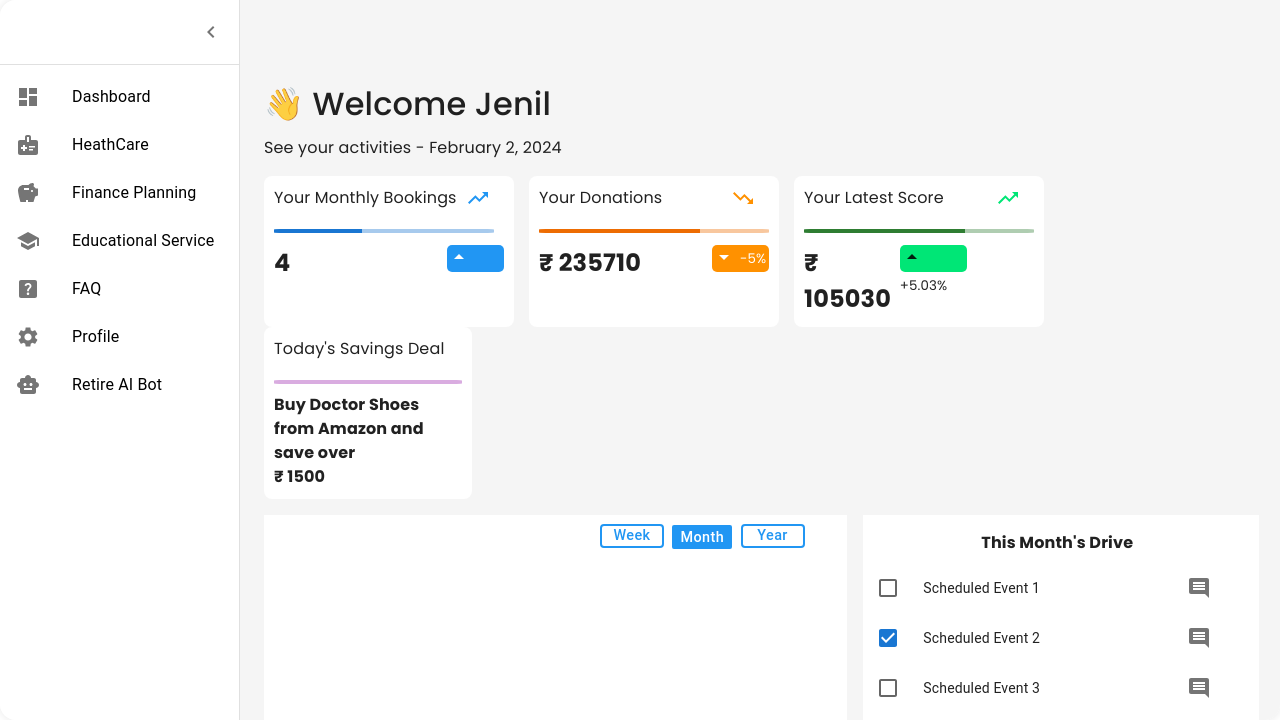
Repository: shubhampirate/Google_Solutions_Edural
Page: /dashboard
An editor plug-in stored every save of this project. The page is shown before and after the next save, followed by the edit.
The browser window is 1280 px wide. The pictures show the whole page.
The page's requests for data from a server got no answer. The project was rebuilt for these pictures with package versions that can differ from the ones it lists, and the page was loaded fresh each time. Some packages were replaced by stand-ins written for this rebuild. No one was signed in, and anything a server would have sent is missing. Also part of the build but not shown: src/Components/CustomButton.jsx, src/Components/Navbar.jsx, src/Components/Footer.jsx, src/Components/CongratsCard.jsx, src/pages/Hero/Hero.jsx, src/pages/Sign_in.jsx.

Above is the page before, as saved 2024-02-03 17:33:40.

### src/index.js
import React from "react";
import ReactDOM from "react-dom/client";
import "./index.css";
import { GoogleOAuthProvider } from '@react-oauth/google';
import App from "./App";
import { BrowserRouter } from "react-router-dom";
const root = ReactDOM.createRoot(
    document.getElementById("root"));
root.render(
    <BrowserRouter>
<GoogleOAuthProvider clientId="730379698185-cv7a59sok9sod43v04ee6g6pt4gtaea2.apps.googleusercontent.com">
        {/* <React.StrictMode> */}
            <App />
        {/* </React.StrictMode> */}
    </GoogleOAuthProvider>
    </BrowserRouter>

);

### src/App.jsx
import Hero from "./pages/Hero/Hero";
import Dashboard from "./pages/Dashboard/Dashboard";
import SignIn from "./pages/Sign_in";
import {useState} from "react";
import { Route, Routes } from "react-router-dom";
function App() {
  return (
    <>
      {/* <Hero />   */}
      {/* <SignIn /> */}
      <Routes>
        <Route path="/signin" element={<><SignIn /></>} />
        <Route path="/dashboard" element={<><Dashboard /></>} />
        {/* <Route path="/education" element={<><Education /></>} /> */}
        {/* <Route path="/health" element={<><Health /></>} /> */}
        {/* <Route path="/profile" element={<><Profile /></>} /> */}
        {/* <Route path="/finance" element={<><Finance /></>} /> */}
        {/* <Route path="/questions" element={<><Questions /></>} /> */}
        {/* <Route path="/retireaibot" element={<><Bot /></>} /> */}
        <Route path="/" element={<><Hero /></>} />
      </Routes>
         </>
  );
}

export default App;

### src/pages/Dashboard/Dashboard.jsx
import * as React from 'react';
import { styled, createTheme, ThemeProvider } from '@mui/material/styles';
import CssBaseline from '@mui/material/CssBaseline';
import MuiDrawer from '@mui/material/Drawer';
import Box from '@mui/material/Box';
import MuiAppBar from '@mui/material/AppBar';
import Toolbar from '@mui/material/Toolbar';
import {
  LinearProgress, ListItem, CircularProgress, Checkbox, ListItemText, Dialog, DialogActions, DialogContent,
  DialogContentText, DialogTitle, ListItemIcon, ListItemButton
} from '@mui/material';
import TrendingUpIcon from '@mui/icons-material/TrendingUp';
// import { PieChart } from '@mui/x-charts/PieChart';
// import { useDrawingArea } from '@mui/x-charts/hooks';
import TrendingDownIcon from '@mui/icons-material/TrendingDown';
import List from '@mui/material/List';
import Divider from '@mui/material/Divider';
import IconButton from '@mui/material/IconButton';
import ArrowDropUpIcon from '@mui/icons-material/ArrowDropUp';
import ArrowDropDownIcon from '@mui/icons-material/ArrowDropDown';
import Grid from '@mui/material/Grid';
import MenuIcon from '@mui/icons-material/Menu';
import ChevronLeftIcon from '@mui/icons-material/ChevronLeft';
import { mainListItems } from '../../Components/listItems';
import axios from 'axios';
import Button from '@mui/material/Button';
import CommentIcon from '@mui/icons-material/Comment';
import Swal from 'sweetalert2';
import { useState } from 'react';
import { useEffect } from 'react';
// import { Bar } from "react-chartjs-2";
// import { BarElement, CategoryScale, Chart as ChartJS, Legend, LinearScale, Title, Tooltip } from "chart.js";
// import GoogleTranslateComponent from '../../Components/GoogleTranslateComponent';
// import csacc from "../../media/csacc.png"
// import creditscoremodel from "../../media/creditscoremodel.png"
// import creditflow from "../../media/creditflowchart.png"
// ChartJS.register(CategoryScale, LinearScale, BarElement, Title, Tooltip, Legend);

const drawerWidth = 240;

const AppBar = styled(MuiAppBar, {
  shouldForwardProp: (prop) => prop !== 'open',
})(({ theme, open }) => ({
  zIndex: theme.zIndex.drawer + 1,
  transition: theme.transitions.create(['width', 'margin'], {
    easing: theme.transitions.easing.sharp,
    duration: theme.transitions.duration.leavingScreen,
  }),
  ...(open && {
    marginLeft: drawerWidth,
    width: `calc(100% - ${drawerWidth}px)`,
    transition: theme.transitions.create(['width', 'margin'], {
      easing: theme.transitions.easing.sharp,
      duration: theme.transitions.duration.enteringScreen,
    }),
  }),
}));

const Drawer = styled(MuiDrawer, { shouldForwardProp: (prop) => prop !== 'open' })(
  ({ theme, open }) => ({
    '& .MuiDrawer-paper': {
      position: 'relative',
      whiteSpace: 'nowrap',
      width: drawerWidth,
      transition: theme.transitions.create('width', {
        easing: theme.transitions.easing.sharp,
        duration: theme.transitions.duration.enteringScreen,
      }),
      boxSizing: 'border-box',
      ...(!open && {
        overflowX: 'hidden',
        transition: theme.transitions.create('width', {
          easing: theme.transitions.easing.sharp,
          duration: theme.transitions.duration.leavingScreen,
        }),
        width: theme.spacing(7),
        [theme.breakpoints.up('sm')]: {
          width: theme.spacing(9),
        },
      }),
    },
  }),
);

var currentDate = new Date();

var months = [
  "January", "February", "March", "April", "May", "June",
  "July", "August", "September", "October", "November", "December"
];

var formattedDate = months[currentDate.getMonth()] + " " + currentDate.getDate() + ", " + currentDate.getFullYear();

const defaultTheme = createTheme();

export default function Dashboard() {
  const [open, setOpen] = React.useState(true);
  const toggleDrawer = () => {
    setOpen(!open);
  };

  const [expensedata, setExpensedata] = useState([])

  useEffect(() => {
    loadList();
  }, []);


  const loadList = async () => {
    const result = await axios.get(`https://wixstocle.pythonanywhere.com/api/expense/`, {
      headers: { "Authorization": `Token 11c868750d92deda81638c5a9a59177bdc7ae41a` },
    });
    console.log(result.data.data);
    setExpensedata(result.data.data);
  }

  const getLabels = () => expensedata.slice(-5).map(data => data.date);

  const getData = (key) => expensedata.slice(-5).map(data => data[key]);

  const optionsexpense = {
    indexAxis: 'x',
    elements: {
      bar: {
        borderWidth: 0,
      },
    },
    responsive: true,
    interaction: {
      mode: 'index',
      intersect: false,
    },
    scales: {
      x: {
        stacked: false,
      },
      y: {
        stacked: false,
      },
    },
    plugins: {
      legend: {
        position: 'top',
      }
    },
  };

  const dataexpense = {
    labels: getLabels(),
    datasets: [
      {
        label: 'Revenue',
        data: getData('income'),
        backgroundColor: '#2196f3',
      },
      {
        label: 'Spendings',
        data: getData('expense'),
        backgroundColor: '#ff9100',
      },
      {
        label: 'Savings',
        data: getData('savings'),
        backgroundColor: '#00e676',
      },
    ],
  };

  const today = new Date();
  const year = today.getFullYear();
  const month = String(today.getMonth() + 1).padStart(2, '0'); // Months are zero-based
  const day = String(today.getDate()).padStart(2, '0');

  const todayDate = `${year}-${month}-${day}`;

  const [userData, setUserData] = React.useState({
    income: '',
    savings: '',
    expense: '',
    date: todayDate,
    user: "tony@gmail.com"
  });

  const handleChangePlan = (field, value) => {
    setUserData((prevData) => ({ ...prevData, [field]: value }));
  };
  const creditscore = 87.4;

  const handlePostData = () => {
    console.log(userData);
    fetch(`https://wixstocle.pythonanywhere.com/api/expense/`, {
      method: 'POST',
      headers: {
        "Authorization": `Token 11c868750d92deda81638c5a9a59177bdc7ae41a`,
        'Content-Type': 'application/json',
      },
      body: JSON.stringify(userData),
    })
      .then((response) => response.json())
      .then((data) => {
        // console.log(data);
        if (data.status == true) {
          Swal.fire({
            icon: 'success',
            title: 'Successfully Saved the details',
            showConfirmButton: false,
            timer: 3000
          })
          setExpensedata([...expensedata, userData]);
        }
        else {
          Swal.fire({
            icon: 'error',
            title: data.message,
            showConfirmButton: false,
            timer: 3000
          })
        }
      });
  };


//   function PieCenterLabel({ children }) {
//     const { width, height, left, top } = useDrawingArea();
//     return (
//       <StyledText x={left + width / 2} y={top + height / 2}>
//         {children}
//       </StyledText>
//     );
//   }

  const [checked, setChecked] = React.useState([1]);

  const handleToggle = (value) => () => {
    const currentIndex = checked.indexOf(value);
    const newChecked = [...checked];

    if (currentIndex === -1) {
      newChecked.push(value);
    } else {
      newChecked.splice(currentIndex, 1);
    }

    setChecked(newChecked);
  };

//   const [openDia, setOpenDia] = useState(false);
//   const handleClickOpenDia = () => { setOpenDia(true); };
//   const handleCloseDia = () => { setOpenDia(false); };


  return (
    <ThemeProvider theme={defaultTheme}>
      <Box sx={{ display: 'flex', borderRadius: '16px', overflow: 'hidden', boxShadow: '0px 0px 10px rgba(0, 0, 0, 0.1)' }} >
        <CssBaseline />
        <AppBar position="absolute" open={open} sx={{ backgroundColor: "whitesmoke", boxShadow: 'none' }}>
          <Toolbar
            sx={{
              pr: '24px', // keep right padding when drawer closed
              display: 'flex',
              alignItems: 'center',
              justifyContent: 'space-between',
            }}>
            <Box sx={{ display: 'flex', alignItems: 'center' }}>
              <IconButton
                edge="start"
                aria-label="open drawer"
                onClick={toggleDrawer}
                sx={{
                  marginRight: '36px',
                  ...(open && { display: 'none' }),
                  backgroundColor: "#fff"
                }}>
                <MenuIcon />
              </IconButton>
            </Box>
          </Toolbar>
        </AppBar>
        <Drawer variant="permanent" open={open}>
          <Toolbar
            sx={{
              display: 'flex',
              alignItems: 'center',
              justifyContent: 'flex-end',
              px: [1],
            }}
          >
            {/* <GoogleTranslateComponent /> */}
            <IconButton onClick={toggleDrawer}>
              <ChevronLeftIcon />
            </IconButton>
          </Toolbar>
          <Divider />
          <List component="nav">
            {mainListItems}
          </List>
        </Drawer>
        <Box
          component="main"
          sx={{
            backgroundColor: (theme) =>
              theme.palette.mode === 'light'
                ? theme.palette.grey[100]
                : theme.palette.grey[900],
            flexGrow: 1,
            height: '100vh',
            overflow: 'auto',
          }}>
          <Toolbar />
          <Grid container spacing={2} marginTop="0.02rem" paddingLeft={3} paddingRight={2}>
            <Grid item xs={12}>
              <div style={{ fontSize: "2rem", fontWeight: "500" }}>👋 Welcome Jenil</div>
            </Grid>
            <Grid item xs={12} marginTop="-0.5rem">
              <div>See your activities - {formattedDate} </div>
            </Grid>
          </Grid>
          <Grid container spacing={2} marginTop="1rem" paddingLeft={5} paddingRight={2}>
            <Grid item xs={12} md={3} style={{ backgroundColor: "white", padding: "10px", marginRight: "15px", borderRadius: "0.5rem" }}>
              <Grid item xs={12}>
                <Grid container>
                  <Grid item xs={10}><div>Your Monthly Bookings</div></Grid>
                  <Grid item xs={2}><TrendingUpIcon sx={{ color: "#2196f3" }} /></Grid>
                </Grid>
                <Grid item xs={12}>
                  <LinearProgress variant="determinate" value={40} sx={{ color: "#2196f3", borderRadius: "10%", margin: "12px 10px 12px 0px" }} />
                </Grid>
                <Grid item xs={12}>
                  <Grid container>
                    <Grid item xs={9}>
                       <div style={{ fontSize: "1.5rem", fontWeight: "550" }}> 4</div>
                    </Grid>
                    <Grid item xs={3} style={{ backgroundColor: "#2196f3", color: "white", borderRadius: "5px", height: "1.65rem" }}>
                      <ArrowDropUpIcon /> <sup>+10%</sup>
                    </Grid>
                  </Grid>
                </Grid>
              </Grid>
            </Grid>
            <Grid item xs={12} md={3} style={{ backgroundColor: "white", padding: "10px", marginRight: "15px", borderRadius: "0.5rem" }}>
              <Grid item xs={12}>
                <Grid container>
                  <Grid item xs={10}><div>Your Donations</div></Grid>
                  <Grid item xs={2}><TrendingDownIcon sx={{ color: "#ff9100" }} /></Grid>
                </Grid>
                <Grid item xs={12}>
                  <LinearProgress variant="determinate" value={70} color='warning' sx={{ borderRadius: "10%", margin: "12px 0px" }} />
                </Grid>
                <Grid item xs={12}>
                  <Grid container>
                    <Grid item xs={9}>
                   <div style={{ fontSize: "1.5rem", fontWeight: "550" }}>₹ 235710</div>
                    </Grid>
                    <Grid item xs={3} style={{ backgroundColor: "#ff9100", color: "white", borderRadius: "5px", height: "1.65rem" }}>
                      <ArrowDropDownIcon /> <sup>-5%</sup>
                    </Grid>
                  </Grid>
                </Grid>
              </Grid>
            </Grid>
            <Grid item xs={12} md={3} style={{ backgroundColor: "white", padding: "10px", marginRight: "15px", borderRadius: "0.5rem" }}>
              <Grid item xs={12}>
                <Grid container>
                  <Grid item xs={10}><div>Your Latest Score</div></Grid>
                  <Grid item xs={2}><TrendingUpIcon sx={{ color: "#00e676" }} /></Grid>
                </Grid>
                <Grid item xs={12}>
                  <LinearProgress variant="determinate" value={70} color="success" style={{ borderRadius: "10%", margin: "12px 0px" }} />
                </Grid>
                <Grid item xs={12}>
                  <Grid container>
                    <Grid item xs={5}>
                      {!loadList ? <><div style={{ fontSize: "1.5rem", fontWeight: "550" }}>
                        ₹ {expensedata[0].income + expensedata[1].income + expensedata[2].income + expensedata[3].income + expensedata[4].income + expensedata[5].income}</div>
                      </> : <div style={{ fontSize: "1.5rem", fontWeight: "550" }}>₹ 105030</div>}
                    </Grid>
                    <Grid item xs={3.5} style={{ backgroundColor: "#00e676", borderRadius: "5px", height: "1.65rem" }}>
                      <ArrowDropUpIcon /> <sup>+5.03%</sup>
                    </Grid>
                  </Grid>
                </Grid>
              </Grid>
            </Grid>
            <Grid item xs={12} md={2.5} style={{ backgroundColor: "white", padding: "10px", borderRadius: "0.5rem" }}>
              <Grid container spacing={2}>
                <Grid item xs={12}>Today's Savings Deal</Grid>
                <Grid item xs={12}>
                  <LinearProgress variant="determinate" value={0} color='secondary' sx={{ borderRadius: "10%", margin: "3px 0px" }} />
                </Grid>
                <Grid item xs={12} sx={{ fontWeight: "550", marginTop: "-10px" }}>Buy Doctor Shoes from Amazon and save over <br />₹ 1500</Grid>
              </Grid>
            </Grid>
          </Grid>
          <Grid container spacing={2} marginTop="1rem" paddingLeft={5} paddingRight={2} marginBottom={2}>
            <Grid item xs={7} sx={{ backgroundColor: "white", padding: "5px", marginRight: "1rem" }}>
              <Grid container spacing={2} padding={1}>
                <Grid xs={7}></Grid>
                <Grid xs={1.5}><Button style={{
                  borderColor: "#2196f3", color: "#2196f3", height: "1.5rem", textTransform: "capitalize",
                  fontSize: "0.9rem", border: "2px solid", textAlign: "left"
                }}>Week</Button></Grid>
                <Grid xs={1.5}><Button style={{
                  backgroundColor: "#2196f3", color: "white", height: "1.75rem", textTransform: "capitalize",
                  fontSize: "0.9rem", border: "2px solid", textAlign: "left"
                }}>Month</Button></Grid>
                <Grid xs={1}><Button style={{
                  borderColor: "#2196f3", color: "#2196f3", height: "1.5rem", textTransform: "capitalize",
                  fontSize: "0.9rem", border: "2px solid", textAlign: "left"
                }}>Year</Button></Grid>
                <Grid xs={12} marginTop={2}>
                  {/* <Bar options={optionsexpense} data={dataexpense} /> */}
                </Grid>
              </Grid>
            </Grid>
            <Grid item xs={4.75} >
              <Grid container spacing={2} >

                <Grid item xs={12}>
                  <Grid container spacing={2} sx={{ backgroundColor: "white", marginBottom: "0.5rem" }}>
                    <Grid item xs={12} style={{ textAlign: "center", marginLeft: "-0.75rem", fontWeight: "600" }}>This Month's Drive</Grid>
                    <List sx={{ width: '100%', maxWidth: 360, bgcolor: 'background.paper' }}>
                      {[0, 1, 2].map((value) => {
                        const labelId = `checkbox-list-label-${value}`;
                        return (
                          <ListItem
                            key={value}
                            secondaryAction={
                              <IconButton edge="end" aria-label="comments">
                                <CommentIcon />
                              </IconButton>
                            }
                            disablePadding
                          >
                            <ListItemButton role={undefined} onClick={handleToggle(value)} dense>
                              <ListItemIcon>
                                <Checkbox
                                  edge="start"
                                  checked={checked.indexOf(value) !== -1}
                                  tabIndex={-1}
                                  disableRipple
                                  inputProps={{ 'aria-labelledby': labelId }}
                                />
                              </ListItemIcon>
                              <ListItemText id={labelId} style={{ marginLeft: "-0.75rem" }} primary={`Scheduled Event ${value + 1}`} />
                            </ListItemButton>
                          </ListItem>
                        );
                      })}
                    </List>
                  </Grid>
                </Grid>
              </Grid>
            </Grid>
          </Grid>

        </Box>
      </Box >
    </ThemeProvider >
  );
}

### src/Components/listItems.jsx
import * as React from 'react';
import ListItemButton from '@mui/material/ListItemButton';
import ListItemIcon from '@mui/material/ListItemIcon';
import ListItemText from '@mui/material/ListItemText';
import DashboardIcon from '@mui/icons-material/Dashboard';
import MedicalInformationIcon from '@mui/icons-material/MedicalInformation';
import SavingsIcon from '@mui/icons-material/Savings';
import SchoolIcon from '@mui/icons-material/School';
import HelpCenterIcon from '@mui/icons-material/HelpCenter';
import SettingsIcon from '@mui/icons-material/Settings';
import SmartToyIcon from '@mui/icons-material/SmartToy';
import { Link } from 'react-router-dom';
// import GoogleTranslateComponent from './GoogleTranslateComponent';


export const mainListItems = (
  <>
    <React.Fragment>
      <Link to="/dashboard" style={{ textDecoration: "none", color: "black" }}>
        <ListItemButton>
          <ListItemIcon>
            <DashboardIcon />
          </ListItemIcon>
          <ListItemText primary="Dashboard" />
        </ListItemButton>
      </Link>
      <Link to="/health" style={{ textDecoration: "none", color: "black" }}>
        <ListItemButton>
          <ListItemIcon>
            <MedicalInformationIcon />
          </ListItemIcon>
          <ListItemText primary="HeathCare" />
        </ListItemButton>
      </Link>
      <Link to="/finance" style={{ textDecoration: "none", color: "black" }}>
        <ListItemButton>
          <ListItemIcon>
            <SavingsIcon />
          </ListItemIcon>
          <ListItemText primary="Finance Planning" />
        </ListItemButton>
      </Link>
      <Link to="/education" style={{ textDecoration: "none", color: "black" }}>
        <ListItemButton>
          <ListItemIcon>
            <SchoolIcon />
          </ListItemIcon>
          <ListItemText primary="Educational Service" />
        </ListItemButton>
      </Link>
      <Link to="/questions" style={{ textDecoration: "none", color: "black" }}>
        <ListItemButton>
          <ListItemIcon>
            <HelpCenterIcon />
          </ListItemIcon>
          <ListItemText primary="FAQ" />
        </ListItemButton>
      </Link>
      <Link to="/profile" style={{ textDecoration: "none", color: "black" }}>
        <ListItemButton>
          <ListItemIcon>
            <SettingsIcon />
          </ListItemIcon>
          <ListItemText primary="Profile" />
        </ListItemButton>
      </Link>
      <Link to="/retireaibot" style={{ textDecoration: "none", color: "black" }}>
        <ListItemButton>
          <ListItemIcon>
            <SmartToyIcon />
          </ListItemIcon>
          <ListItemText primary="Retire AI Bot" />
        </ListItemButton>
      </Link>
    </React.Fragment >
  </>
);

// export const secondaryListItems = (
//   <React.Fragment>
//     <ListSubheader component="div" inset>
//       Saved reports
//     </ListSubheader>
//     <ListItemButton>
//       <ListItemIcon>
//         <AssignmentIcon />
//       </ListItemIcon>
//       <ListItemText primary="Current month" />
//     </ListItemButton>
//     <ListItemButton>
//       <ListItemIcon>
//         <AssignmentIcon />
//       </ListItemIcon>
//       <ListItemText primary="Last quarter" />
//     </ListItemButton>
//     <ListItemButton>
//       <ListItemIcon>
//         <AssignmentIcon />
//       </ListItemIcon>
//       <ListItemText primary="Year-end sale" />
//     </ListItemButton>
//   </React.Fragment>
// );

Loaded but not shown: public/index.html (common file); src/index.css (common file)

After the next save:
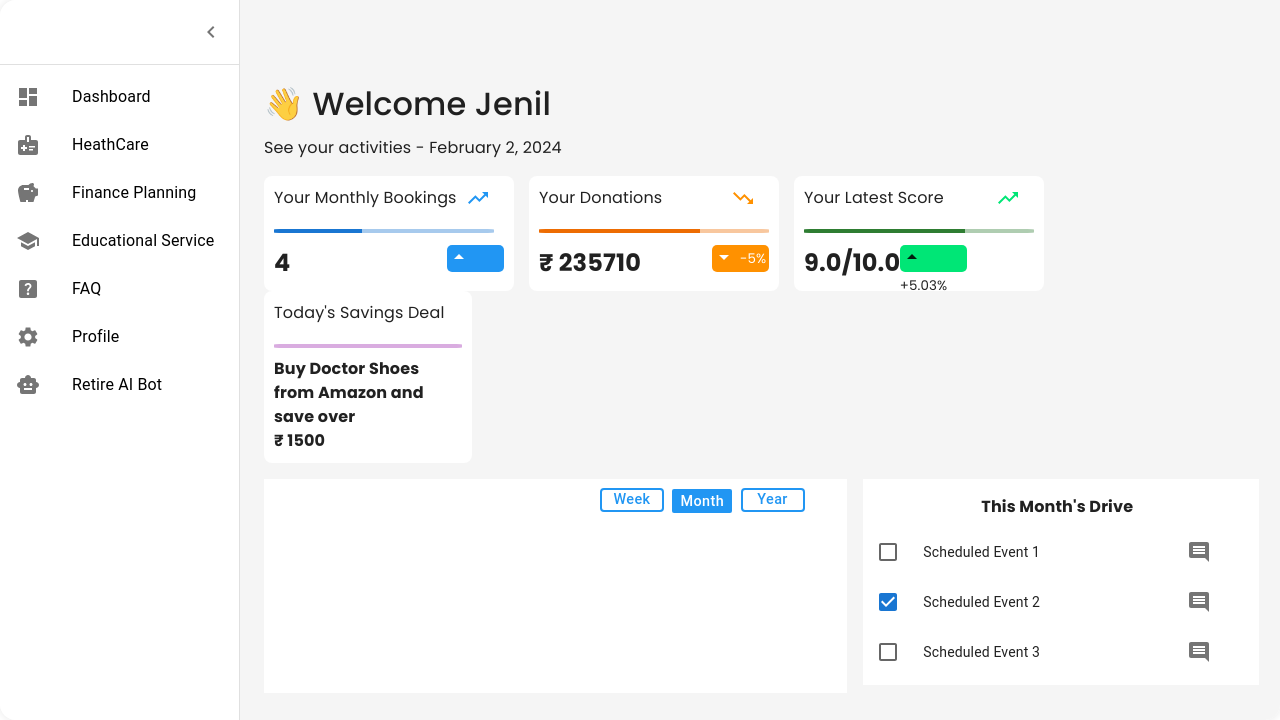
Saved 37 s later.
--- a/src/pages/Dashboard/Dashboard.jsx
+++ b/src/pages/Dashboard/Dashboard.jsx
@@ -370,9 +370,7 @@ export default function Dashboard() {
                 <Grid item xs={12}>
                   <Grid container>
                     <Grid item xs={5}>
-                      {!loadList ? <><div style={{ fontSize: "1.5rem", fontWeight: "550" }}>
-                        ₹ {expensedata[0].income + expensedata[1].income + expensedata[2].income + expensedata[3].income + expensedata[4].income + expensedata[5].income}</div>
-                      </> : <div style={{ fontSize: "1.5rem", fontWeight: "550" }}>₹ 105030</div>}
+ <div style={{ fontSize: "1.5rem", fontWeight: "550" }}> 9.0/10.0</div>
                     </Grid>
                     <Grid item xs={3.5} style={{ backgroundColor: "#00e676", borderRadius: "5px", height: "1.65rem" }}>
                       <ArrowDropUpIcon /> <sup>+5.03%</sup>
